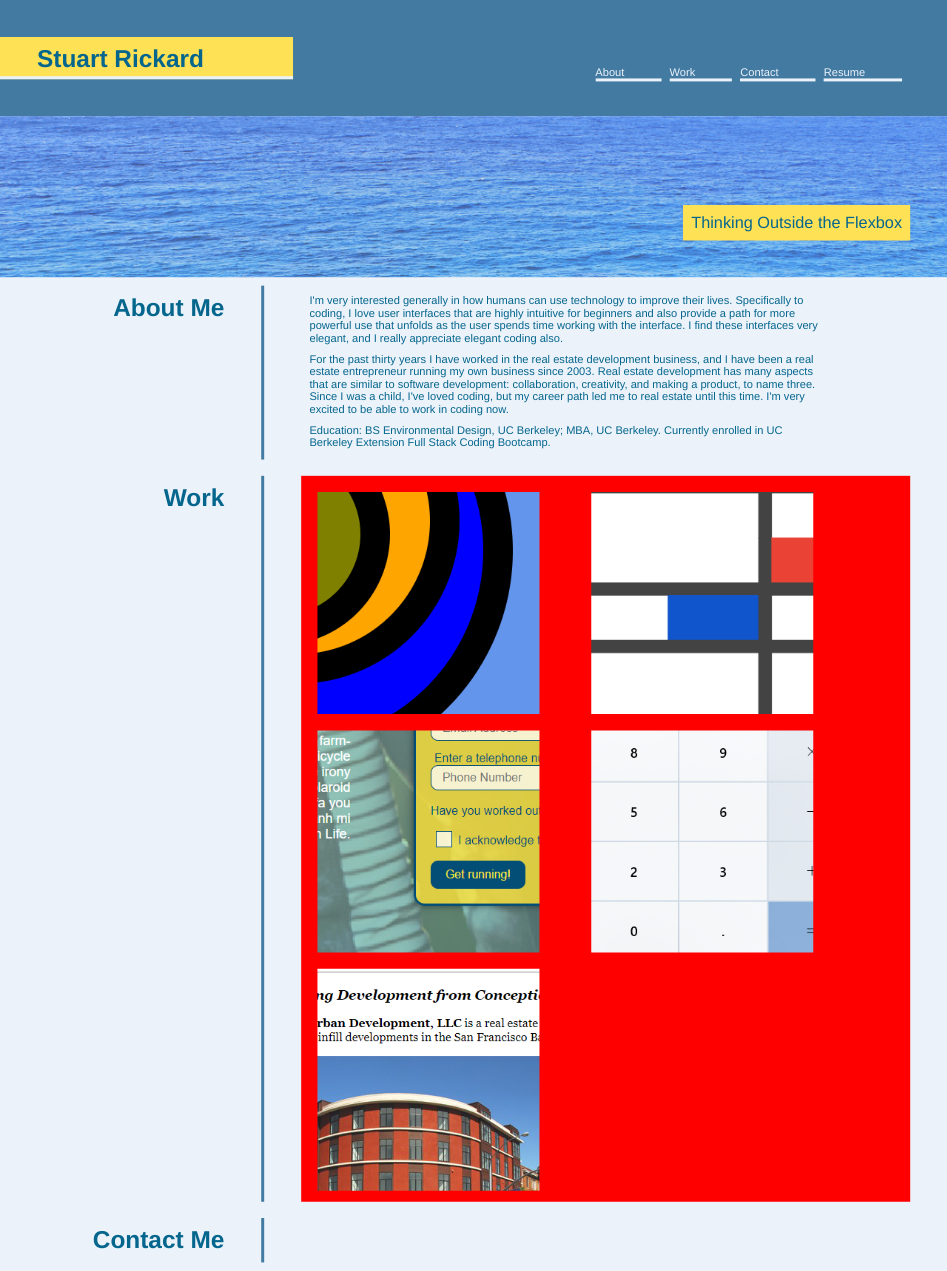
Repository: stuart-rickard/srport
Page: index.html
The author's editor kept a copy of each file at every save. The page is drawn from the files as they stood at one save, then again after the next save.
The browser window is 1280 px wide. The pictures show the whole page, at 74% of full size.
Backgrounds fixed to the window are drawn as part of the page.

Above is the page before, as saved 2021-11-12 19:43:38.

After the next save:
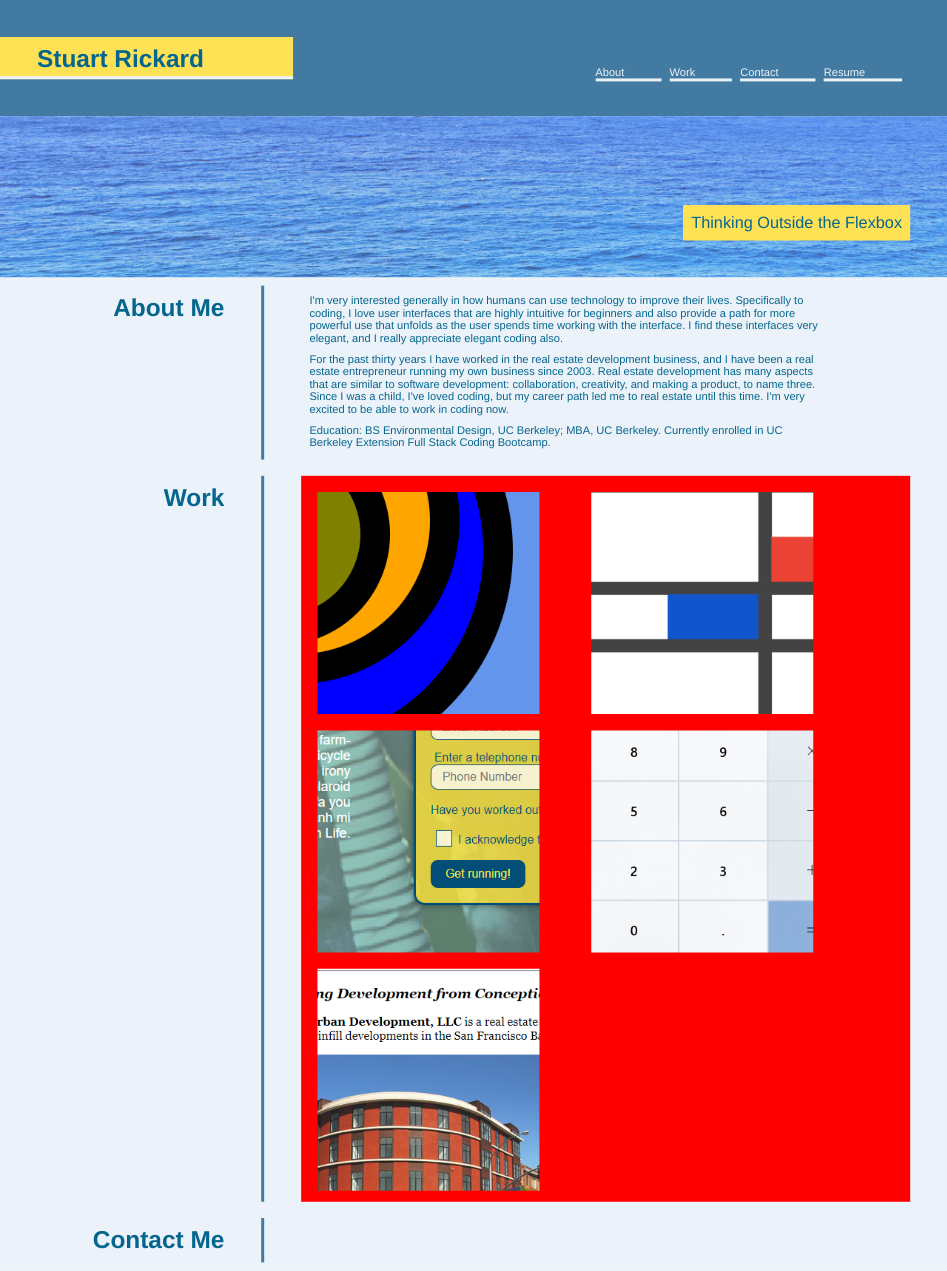
Saved 5 min 8 s later.
--- a/index.html
+++ b/index.html
@@ -47,25 +47,33 @@
             </div>
           </article>
           <article class=work-card>
-            <img id=abstract-art src="assets/images/abstract.png" alt="primary color composition inspried by Piet Mondtrian's art">
+            <a href="#">
+              <img id=abstract-art src="assets/images/abstract.png" alt="primary color composition inspried by Piet Mondtrian's art">
+            </a>
             <div>Abstract Art
               <p>Generates Mondrian-like compositions using the CSS box model</p>
             </div>
           </article>
           <article class=work-card>
-            <img id=run-buddy src="assets/images/run-buddy.png" alt="screenshot showing a website">
+            <a href="#">
+              <img id=run-buddy src="assets/images/run-buddy.png" alt="screenshot showing a website">
+            </a>
             <div>Run Buddy
               <p>A two-page website made as part of my coding bootcamp course</p>
             </div>
           </article>
           <article class=work-card>
-            <img id=calculator src="assets/images/calculator.png" alt="calculator with numbered keys">
+            <a href="#">
+              <img id=calculator src="assets/images/calculator.png" alt="calculator with numbered keys">
+            </a>
             <div>Calculator
               <p>Numbers are its specialty</p>
             </div>
           </article>
           <article class=work-card>
-            <img id=BAU src="assets/images/bau.png" alt="screenshot showing a website">
+            <a href="#">
+              <img id=BAU src="assets/images/bau.png" alt="screenshot showing a website">
+            </a>
             <div>BAU
               <p>HTML-only website I created for my company before I took the coding bootcamp course</p>
             </div>
